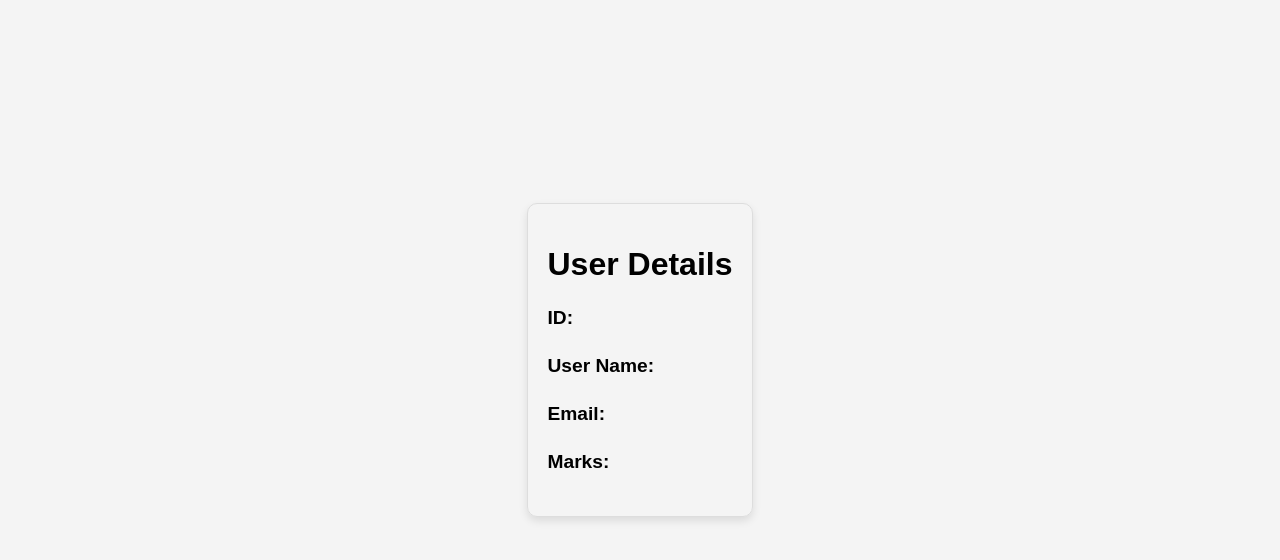
Repository: chetanchavan30/Optifyx
Page: http://localhost/OnlineExaminationSystem/view.jsp
An editor plug-in stored every save of this project. The page is shown before and after the next save, followed by the edit.
The browser window is 1280 px wide. The pictures show the whole page.
The page is served by Tomcat 10.

Above is the page before, as saved 2025-01-25 19:33:52.

After the next save:
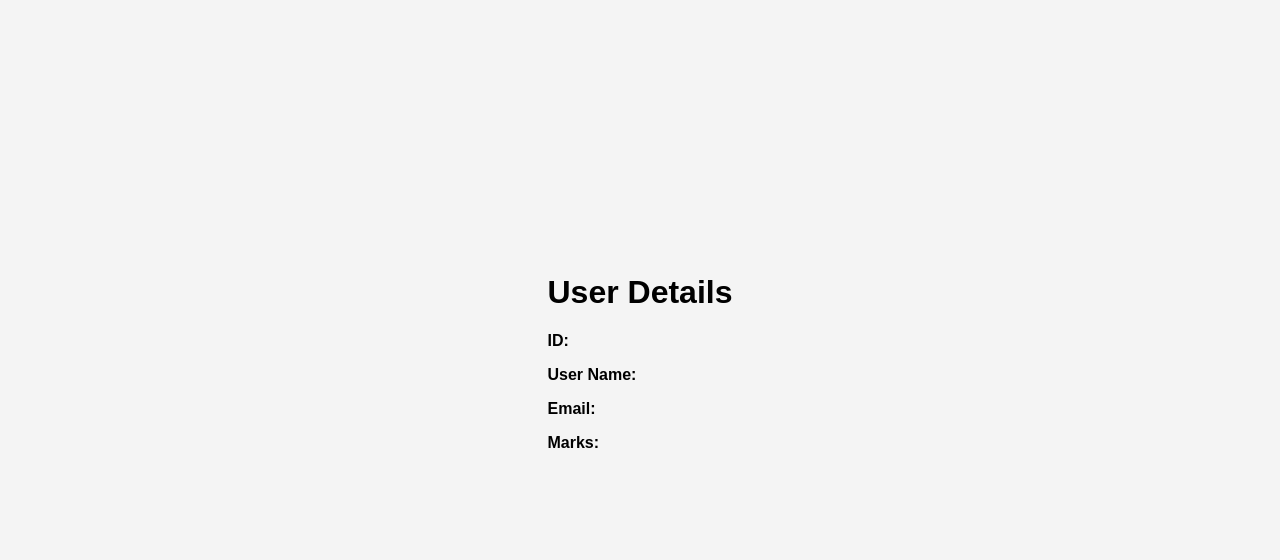
Saved 45 s later.
--- a/OnlineExaminationSystem/src/main/webapp/styles.css
+++ b/OnlineExaminationSystem/src/main/webapp/styles.css
@@ -86,27 +86,3 @@ body {
 .link-button:hover {
 	background-color: #45a049;
 }
-
-
-
-
-
- .container-details {
-            max-width: 600px;
-            margin: 50px auto;
-            padding: 20px;
-            border: 1px solid #ddd;
-            border-radius: 10px;
-            box-shadow: 0 4px 8px rgba(0, 0, 0, 0.1);
-            font-family: Arial, sans-serif;
-        }
-        .container-details h1 {
-            text-align: center;
-        }
-        .user-details {
-            margin-top: 20px;
-        }
-        .user-details p {
-            font-size: 1.2rem;
-            line-height: 1.5;
-        }
